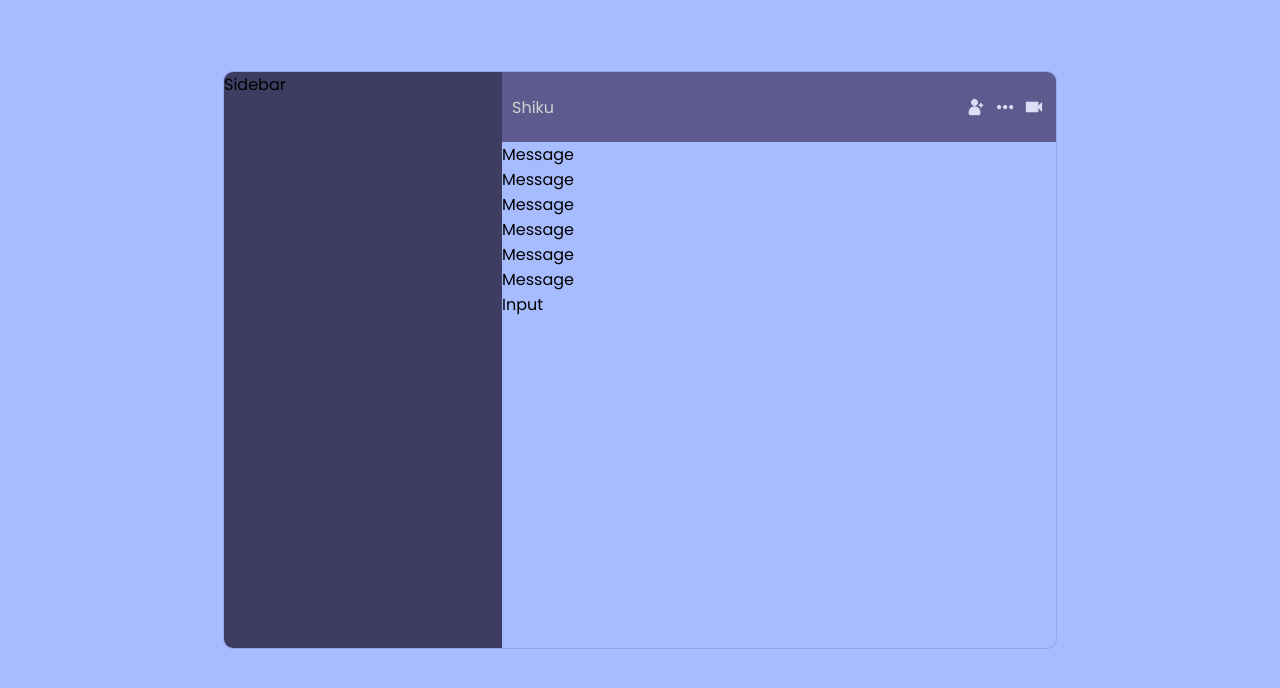
Repository: shikubro90/chatapp
Page: /
An editor plug-in stored every save of this project. The page is shown before and after the next save, followed by the edit.
The browser window is 1280 px wide. The pictures show the whole page.
The project was rebuilt for these pictures with package versions that can differ from the ones it lists, and the page was loaded fresh each time. Also part of the build but not shown: src/pages/Login.jsx, src/pages/Register.jsx.

Above is the page before, as saved 2022-09-14 15:22:49.

After the next save:
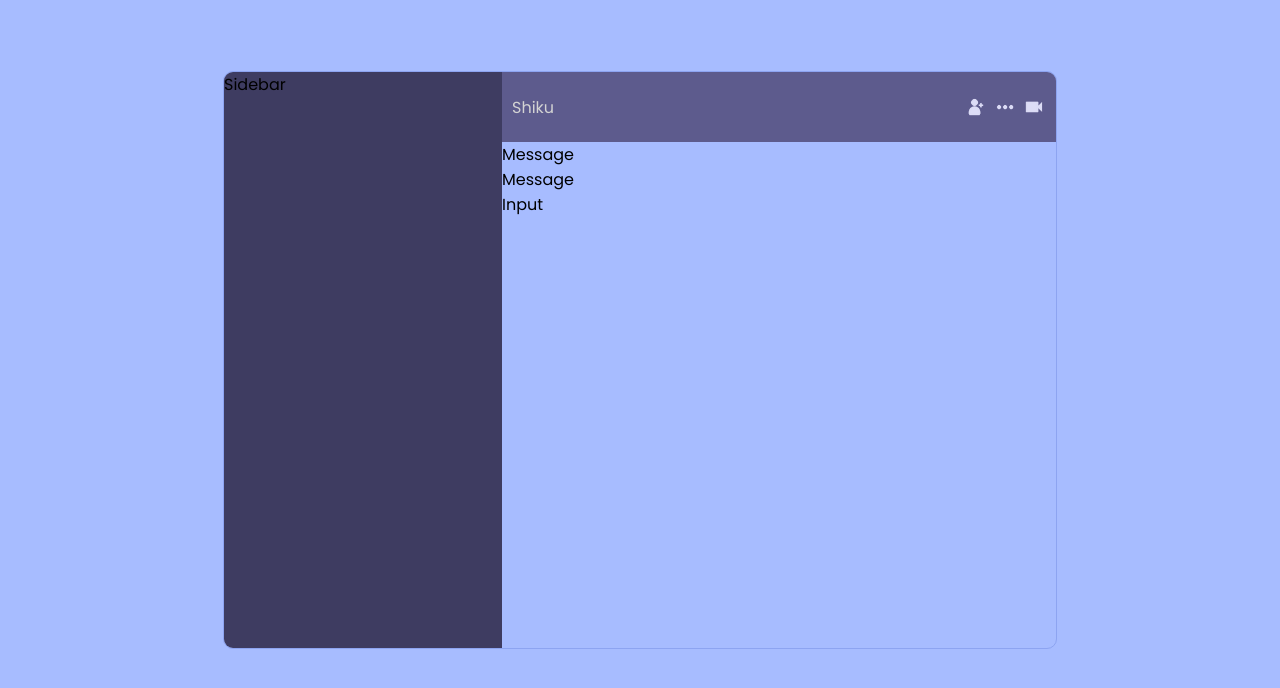
Saved 18 s later.
--- a/src/Components/Messages.jsx
+++ b/src/Components/Messages.jsx
@@ -3,11 +3,7 @@ import Message from './Message'
 
 const Messages = () => {
   return (
-    <div className='messages'>
-      <Message/>
-      <Message/>
-      <Message/>
-      <Message/>
+    <div className='message'>
       <Message/>
       <Message/>
     </div>
